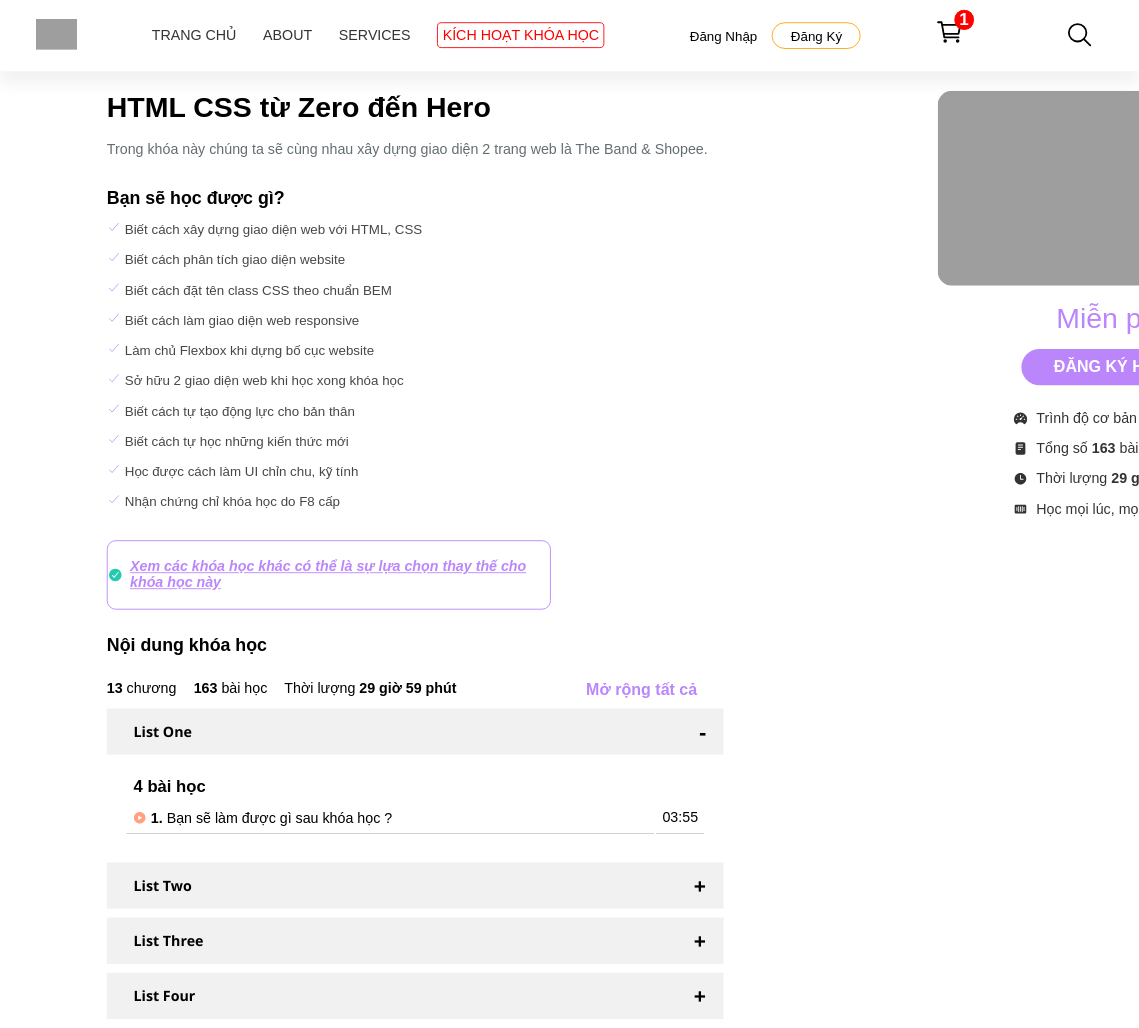
Repository: hoanghuuphuc/hoanghuuphuc
Page: details.html
These files come from the project's save history. The page is drawn as it stood at one moment and after the next save; the edit follows.
The browser window is 1280 px wide. The pictures show the whole page, at 89% of full size.
Empty fields were first filled with sample values (such as "Sample", 5 or name@example.com).
After loading, the first visible `div.contentBx` was clicked once.
Pictures or frames that could not be fetched are drawn as grey boxes.

Above is the page before, as saved 2022-12-12 00:29:04.
Console error: TypeError: Cannot read properties of null (reading 'style')

After the next save:
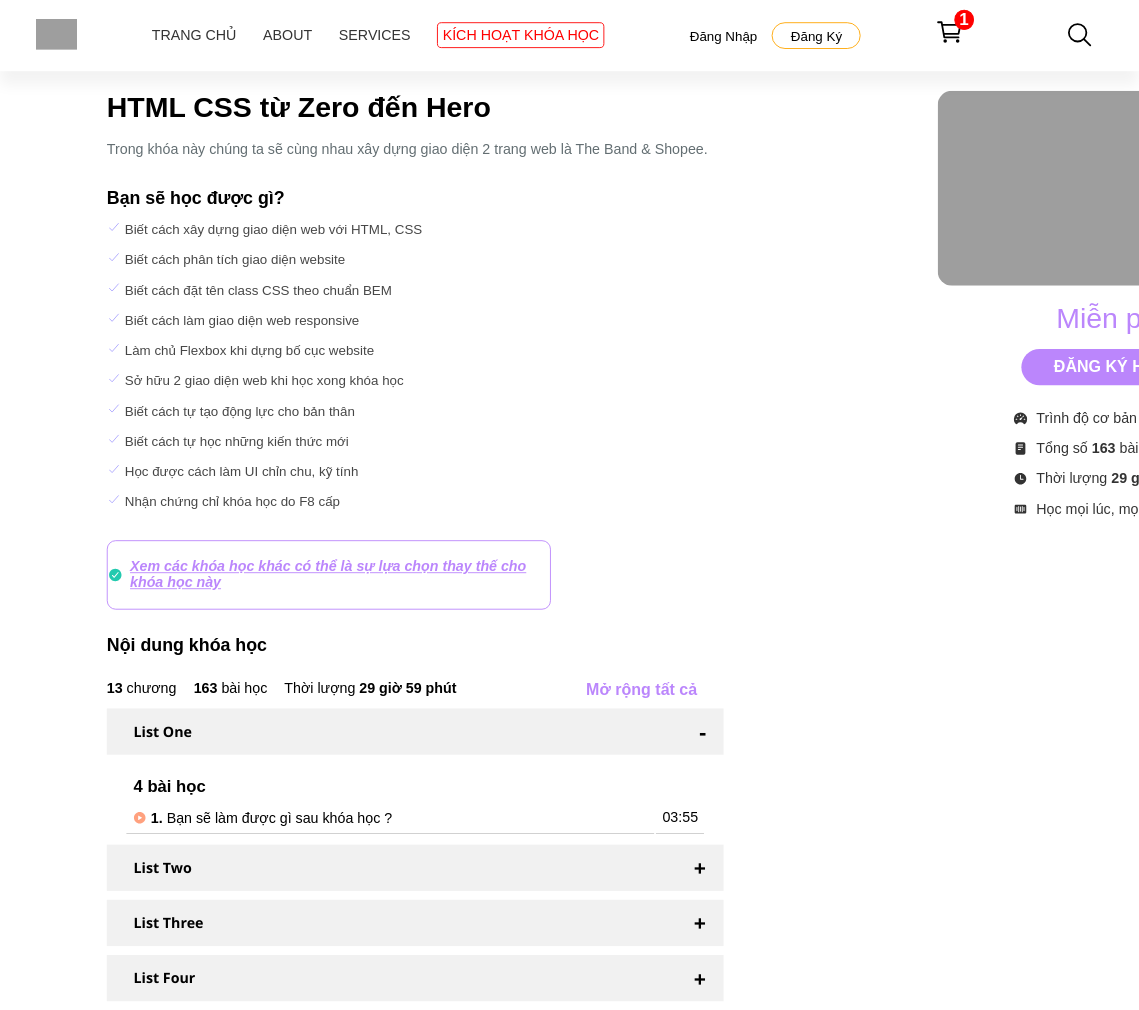
Saved 16 s later.
--- a/style.css
+++ b/style.css
@@ -792,7 +792,7 @@ footer {
 }
 .accordion .contentBx.active .accordion-content {
   height: auto;
-  padding: 10px;
+  padding: 10px 10px 0px 10px;
 }
 .accordion .contentBx.active .accordion-label::before {
   content: "-";
